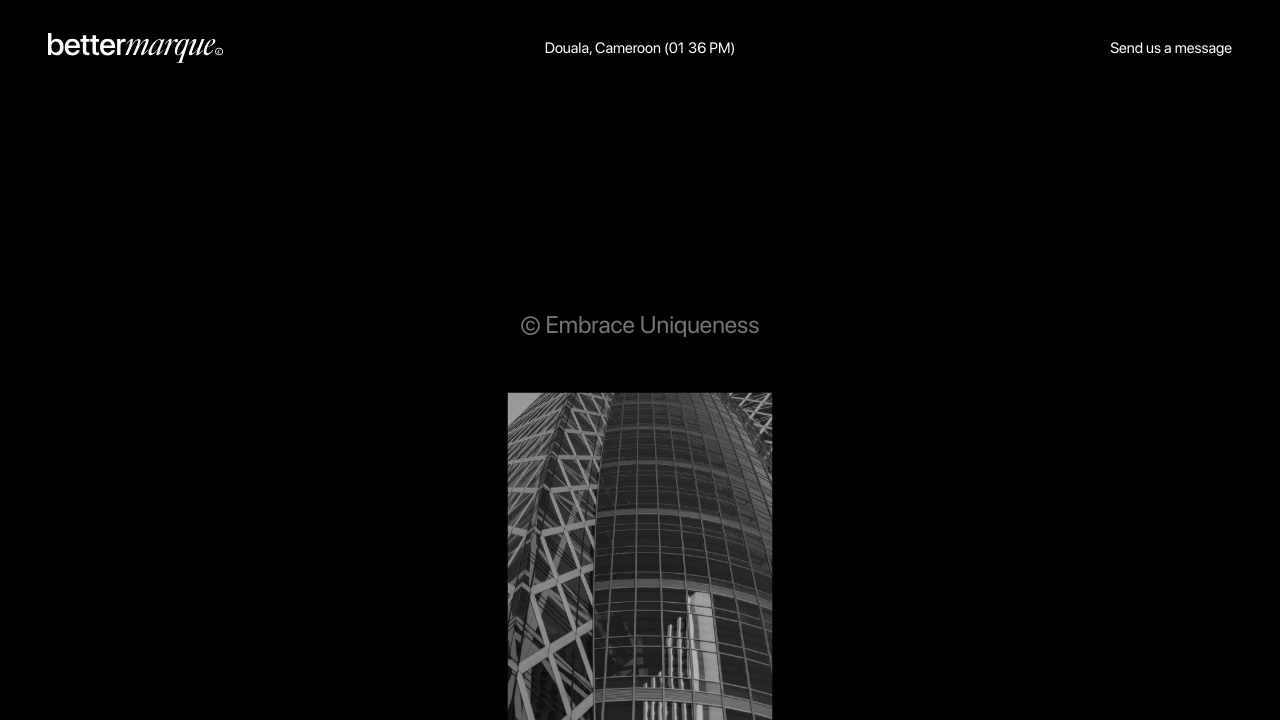
Repository: leswisss/comingsoon
Page: /
The author's editor kept a copy of each file at every save. The page is drawn from the files as they stood at one save, then again after the next save.
The browser window is 1280 px wide. The pictures show the whole page.
The project was rebuilt for these pictures with package versions that can differ from the ones it lists, and the page was loaded fresh each time. The framework's server and built-in components were replaced by stand-ins that run in the browser. Also part of the build but not shown: next.config.mjs.

Above is the page before, as saved 2024-06-18 13:36:14.

### app/layout.tsx
import type { Metadata } from "next";
import localFont from "next/font/local";
import "../styles/globals.scss";

const regular = localFont({
  src: "./SF-Pro-Display-Regular.woff",
  display: "swap",
  variable: "--regular-font",
});

const medium = localFont({
  src: "./SF-Pro-Display-Medium.woff",
  display: "swap",
  variable: "--medium-font",
});

const semibold = localFont({
  src: "./SF-Pro-Display-Semibold.woff",
  display: "swap",
  variable: "--semibold-font",
});

const italic = localFont({
  src: "./BigCaslonFB-Italic.woff",
  display: "swap",
  variable: "--italic-font",
});

export const metadata: Metadata = {
  title: "Better Marque - Branding Agency",
  description: "Generated by create next app",
};

export default function RootLayout({
  children,
}: Readonly<{
  children: React.ReactNode;
}>) {
  return (
    <html lang="en">
      <body
        className={`${italic.variable} ${regular.variable} ${medium.variable} ${semibold.variable}`}
      >
        {children}
      </body>
    </html>
  );
}

### app/page.tsx
import { HomePageWrapper } from "@/components";

export default function Home() {
  return (
    <main>
      <HomePageWrapper/>
    </main>
  );
}

### styles/globals.scss
/*=============== VARIABLES SCSS ===============*/
:root {
  --header-height: 6rem;
  --white: white;
  --black: black;
  --grey: #535353;


  /*========== Font and typography ==========*/
  /*.5rem = 8px | 1rem = 16px ...*/
  // --body-font: 'Montserrat', sans-serif;

  --h1-font-size: 3rem;
  --h2-font-size: 2rem;
  --normal-font-size: 1rem;
  --small-font-size: .94rem;
}

/* Responsive typography */
@media screen and (max-width: 1088px) {
  :root {
    --h1-font-size: 2.75rem;
    --h2-font-size: 1.8rem;
    --normal-font-size: 0.96rem;
    --small-font-size: .90rem;
  }
}

@media screen and (max-width: 628px) {
  :root {
    --h1-font-size: 2.5rem;
    --h2-font-size: 1.5rem;
    --normal-font-size: 0.92rem;
    --small-font-size: 0.85rem;
  }
}

/*=============== BASE ===============*/
* {
  box-sizing: border-box;
  padding: 0;
  margin: 0;
  scrollbar-width: none;

  &::-webkit-scrollbar{
    display: none;
  }

}

html {
  scroll-behavior: auto;
  height: auto;
}

body{
  font-family: var(--regular-font);
  font-size: var(--normal-font-size);
  background-color: black;
  color: var(--white);
}


ul {
  list-style: none;
}

a {
  text-decoration: none;
}

img {
  max-width: 100%;
  height: auto;
}


/*=============== REUSABLE CSS CLASSES ===============*/
.container {
  max-width: 1450px;
  margin: 0 auto;
}

.main {
  overflow: hidden;
}


@media screen and (max-width: 1450px) {
  .container {
    max-width: 100%;
    margin: 0 3rem;
  }
}


@media screen and (max-width: 1088px) {
  .container {
    max-width: 100%;
    margin: 0 2rem;
  }
}


@media screen and (max-width: 628px) {
  .container {
    max-width: 100%;
    margin: 0 1rem;
  }
}

### components/index.tsx
import HomePageWrapper from "./HomePageWrapper";
import HeroSection from "./HeroSection";

export {
  HomePageWrapper,
  HeroSection
}

### components/HomePageWrapper.tsx
"use client";

import React, {useState} from 'react'
import HeroSection from './HeroSection'
import Navigation from './Navigation'

const HomePageWrapper = () => {
  const [imageLoaded, setImageLoaded] = useState(false);
  return (
    <>
    <Navigation imageLoaded={imageLoaded}/>
    <HeroSection imageLoaded={imageLoaded} setImageLoaded={setImageLoaded}/>
    </>
  )
}

export default HomePageWrapper

### components/HeroSection.tsx
"use client";

import React, { useRef } from "react";
import Marquee from "./Marquee";
import gsap from "gsap";
import { useGSAP } from "@gsap/react";
import Image from "next/image";
import IMAGE from "../public/background.jpg";
import styles from "../styles/hero.module.scss";

const HeroSection = ({
  imageLoaded,
  setImageLoaded,
}: {
  imageLoaded: boolean;
  setImageLoaded: React.Dispatch<React.SetStateAction<boolean>>;
}) => {
  const slogan =
    "Inspired by uniqueness, driven by aesthetics and committed to growth through innovative solutions.";
  const refs = useRef<HTMLSpanElement[]>([]);
  const heroRef = useRef(null);
  const marqueeRef = useRef(null);
  const clipRef = useRef(null);

  //Animations
  useGSAP(() => {
    // gsap.defaults({duration: 1, ease: "power3.out"})
    const tl = gsap.timeline();

    tl.to(clipRef.current, {
      clipPath: "polygon(0% 0%, 100% 0%, 100% 100%, 0% 100%)",
      duration: 3,
      ease: "power3.inOut"
    })

    tl.to(heroRef.current, {
      y: "0%",
      duration: 2,
      ease: "expo.inOut",
    })
      .to(
        heroRef.current,
        {
          clipPath: "polygon(0% 0%, 100% 0%, 100% 100%, 0% 100%)",
          duration: 2,
          ease: "expo.inOut",
        },
        ">"
      )
      .to(marqueeRef.current, {
        opacity: 1,
        x: "0%",
        duration: 3,
        ease: "expo.inOut",
      })

      .to(
        refs.current,
        {
          top: "0%",
          stagger: 0.08,
        },
        ">-1"
      );


    if(imageLoaded) {
      tl.play();
    } else{
      tl.pause();
    }
  }, [imageLoaded]);

  const splitwords = () => {
    let body: JSX.Element[] = [];
    slogan.split(" ").forEach((word, i) => {
      const cleanWord = word.replace(/[.,]/g, "");

      if (["uniqueness", "aesthetics", "growth"].includes(cleanWord)) {
        body.push(
          <p
            key={`word-${i}`}
            className={`${styles.word_wrapper} ${styles.italic}`}
          >
            <span
              className={styles.word}
              ref={(el) => {
                if (el) refs.current.push(el);
              }}
            >
              {word}
            </span>
          </p>
        );
      } else {
        body.push(
          <p key={`word-${i}`} className={styles.word_wrapper}>
            <span
              className={styles.word}
              ref={(el) => {
                if (el) refs.current.push(el);
              }}
            >
              {word}
            </span>
          </p>
        );
      }
    });

    return body;
  };

  return (
    <section className={styles.hero}>
      <div className={styles.hero_image} ref={heroRef}>
        <Image
          src={IMAGE}
          fill
          quality={100}
          alt="Better Marque"
          onLoad={() => setImageLoaded(true)}
        />
      </div>
      <div className={styles.text}>{splitwords()}</div>
      <div className={styles.marquee}>
        <div ref={marqueeRef} className={styles.marqueee}>
          <Marquee />
        </div>
      </div>
      <div className={styles.slogan_wrapper}>
        <div className={styles.s_wrap}>
          <span className={styles.black}>© Embrace Uniqueness</span>
        </div>
        <div className={styles.s_wrap} ref={clipRef}>
          <span className={styles.white}>© Embrace Uniqueness</span>
        </div>
      </div>
    </section>
  );
};

export default HeroSection;

### components/Navigation.tsx
"use client";

import React, { useState } from "react";
import HoverAnimation from "./HoverAnimation";
import Clock from "./Clock";
import SideBar from "./SideBar";
import Image from "next/image";
import IMAGE from "../public/wordmark.svg";
import styles from "../styles/navigation.module.scss";

const Navigation = ({imageLoaded}: {imageLoaded: boolean}) => {
  const [activeSideBar, setActiveSideBar] = useState(false);

  return (
    <>
      <nav className={styles.navigation} style={{opacity: imageLoaded ? 1 : 0 , transition: "opacity 1s ease", transitionDelay: "4s"}}>
        <div className={`container ${styles.nav_wrapper}`}>
          <div className={styles.logo_wrapper}>
            <div className={styles.image}>
              <Image
                src={IMAGE}
                quality={100}
                fill
                alt="Better Marque Wordmark"
              />
            </div>
          </div>
          <div className={styles.location_wrapper}>
            <Clock />
          </div>
          <div
            className={styles.button}
            onClick={() => {
              setActiveSideBar((value) => !value);
            }}
          >
            <HoverAnimation text="Send us a message"/>
          </div>
        </div>
      </nav>

      <SideBar
        activeSideBar={activeSideBar}
        setActiveSideBar={setActiveSideBar}
      />
    </>
  );
};

export default Navigation;

### components/Marquee.tsx
"use client";

import React, {useRef} from 'react'
import gsap from 'gsap'
import { useGSAP } from '@gsap/react'
import styles from "../styles/marquee.module.scss"

const Marquee = () => {
  const firstRef = useRef(null);
  const secondRef = useRef(null);
  let xPercent = 0;
  let direction = -1

  useGSAP(() => {
    requestAnimationFrame(animation)
  })

  const animation = () => {
    if (xPercent <= -100){
      xPercent = 0;
    }

    if (xPercent > 0){
      xPercent = -100
    }
    gsap.set(firstRef.current, {xPercent: xPercent})
    gsap.set(secondRef.current, {xPercent: xPercent})
    xPercent += 0.03 * direction;
    requestAnimationFrame(animation)
  }

  return (
    <div className={styles.slider}>
      <div className={styles.coming__wrapper} ref ={firstRef}>
        <p className={styles.soon}>© Coming Soon</p>
        <p className={styles.soon}>© Coming Soon</p>
        <p className={styles.soon}>© Coming Soon</p>
        <p className={styles.soon}>© Coming Soon</p>
        <p className={styles.soon}>© Coming Soon</p>
        <p className={styles.soon}>© Coming Soon</p>
        <p className={styles.soon}>© Coming Soon</p>
        <p className={styles.soon}>© Coming Soon</p>
        <p className={styles.soon}>© Coming Soon</p>
        <p className={styles.soon}>© Coming Soon</p>
      </div>
      <div className={styles.coming__wrapper} ref ={secondRef}>
        <p className={styles.soon}>© Coming Soon</p>
        <p className={styles.soon}>© Coming Soon</p>
        <p className={styles.soon}>© Coming Soon</p>
        <p className={styles.soon}>© Coming Soon</p>
        <p className={styles.soon}>© Coming Soon</p>
        <p className={styles.soon}>© Coming Soon</p>
        <p className={styles.soon}>© Coming Soon</p>
        <p className={styles.soon}>© Coming Soon</p>
        <p className={styles.soon}>© Coming Soon</p>
        <p className={styles.soon}>© Coming Soon</p>
      </div>
    </div>
  )
}

export default Marquee

### styles/hero.module.scss
.hero{
  width: 100vw;
  height: 100vh;
  overflow: hidden;
  position: relative;
}

.hero_image{
  width: 100vw;
  height: 100vh;
  position: relative;
  transform: translateY(100%);
  transform-origin: center center;
  clip-path: polygon(40% 55%, 60% 55%, 60% 100%, 40% 100%);

  img{
    object-fit: cover;
    filter: brightness(0.8);
  }
}

.text{
  position: absolute;
  color: white;
  z-index: 1;
  width: max-content;
  height: max-content;
  top: 50%;
  left: 50%;
  transform: translate(-50%, -50%);
  display: flex;
  flex-wrap: wrap;
  width: 55rem;
  text-align: center;
  justify-content: center;
  align-items: center;

  .word_wrapper{
    font-size: var(--h1-font-size);
    overflow: hidden;
    width: auto;
    height: 56.8px;
    padding: 0 0.3rem;

    &.italic{
      font-family: var(--italic-font);
    }

    .word{
      position: relative;
      top: 100%; // What i will be animating with gsap
    }
  }
}

.marquee{
  position: absolute;
  width: 100%;
  height: max-content;
  bottom: 2.5rem;
  left: 0;
  z-index: 1;
  max-width: 2000px;
  overflow: hidden;

  .marqueee{
    position: relative;
    transform: translateX(100%);
    opacity: 0;
  }
}

.slogan_wrapper{
  position: absolute;
  top: 45%;
  left: 50%;
  transform: translate(-50%, -50%);
  color: white;

  .s_wrap{
    font-size: calc(var(--h2-font-size) - 0.5rem);

    &:nth-last-of-type(1){
      color: rgb(116, 116, 116);
    }

    &:nth-last-of-type(2){
      position: absolute;
      top: 0;
      left: 0;
      clip-path: polygon(0% 100%, 100% 100%, 100% 100%, 0% 100%);
      color: white;
    }
  }

}

### components/HoverAnimation.tsx
import React from 'react'
import styles from "../styles/hover.module.scss"

const HoverAnimation = ({text}: {text: string}) => {
  return (
    <span className={styles.hover}>{text}</span>
  )
}

export default HoverAnimation

### components/Clock.tsx
"use client";

import { useEffect, useState } from "react";
import { format, toZonedTime } from "date-fns-tz";
import styles from "../styles/clock.module.scss";

const Clock = () => {
  const [time, setTime] = useState("");
  const [showColon, setShowColon] = useState(true);

  useEffect(() => {
    const timeZone = "Africa/Abidjan"; //used Abidjan because Douala is 1 hour ahead here and I dont know why

    const updateClock = () => {
      const now = new Date();
      const zonedTime = toZonedTime(now, timeZone);
      const formattedTime = format(zonedTime, "hh:mm a", { timeZone });
      setTime(formattedTime);
    };

    const toggleColon = () => {
      setShowColon((prev) => !prev);
    };

    updateClock();
    const timeIntervalId = setInterval(updateClock, 1000);
    const colonIntervalId = setInterval(toggleColon, 1000);

    return () => {
      clearInterval(timeIntervalId);
      clearInterval(colonIntervalId);
    };
  }, []);

  return (
    <p className={styles.time}>
      Douala, Cameroon ({time.slice(0, 2)}
      <span className={showColon ? "" : styles.blink}>:</span>
      {time.slice(3)})
    </p>
  );
};

export default Clock;

### styles/navigation.module.scss
.navigation{
  width: 100%;
  height: var(--header-height);
  position: fixed;
  top: 0;
  left: 0;
  background-color: transparent;
  z-index: 10;
  font-size: var(--small-font-size);
}

.nav_wrapper{
  height: var(--header-height);
  display: flex;
  justify-content: space-between;
  align-items: center;
  position: relative;

  .logo_wrapper{
    width: 175px;
    aspect-ratio: 200/35.0791;
    overflow: hidden;
    position: relative;

    .image{
      width: 100%;
      height: 100%;
      position: relative;

      img{
        object-fit: cover;
      }
    }

  }

  .location_wrapper{
    position: absolute;
    top: 50%;
    left: 50%;
    transform: translate(-50%, -50%);
  }

  .button{
    cursor: pointer;
  }
}

### styles/marquee.module.scss
.slider{
  position: relative;
  display: flex;
  flex-wrap: nowrap;
}

.coming__wrapper{
  display: flex;
  white-space: nowrap;
  flex-wrap: nowrap;

  .soon{
    margin-right: 5rem;
    font-size: calc(var(--h2-font-size) - 0.6rem);
  }
}

### styles/hover.module.scss
.hover{
  font-size: var(--small-font-size);
  cursor: pointer;
  position: relative;
  width: max-content;
  padding-bottom: 3px;

  &:hover{
    &::after{
      transform: scaleX(1);
      transform-origin: bottom left;
    }
  }

  &::after {
    content: "";
    width: 100%;
    position: absolute;
    height: 1px;
    background-color: #fff;
    transform: scaleX(0);
    transform-origin: bottom right;
    left: 0;
    bottom: 0;
    transition: transform 0.5s cubic-bezier(0.82, 0, 0, 1);
  }
}

### styles/clock.module.scss
/* styles.module.css */
.blink {
  visibility: hidden;
}

.time {
  white-space: nowrap;
}

### animations/index.ts
export const scaleAnimation = {
  initial: { opacity: 0, x: "30%", y: "50%" },

  enter: {
    opacity: 1,
    x: "30%",
    y: "50%",
    transition: { duration: 0.5, ease: [0.7, 0, 0.3, 1] },
  },

  closed: {
    opacity: 0,
    x: "30%",
    y: "50%",
    transition: { duration: 0.5, ease: [0.7, 0, 0.3, 1] },
  },
};

export const opacityAnimation = {
  initial: { opacity: 0 },

  enter: {
    opacity: 1,
    transition: { duration: 1, ease: [0, 0, 1, 1], delay: 1 },
  },

  closed: {
    opacity: 0,
    transition: { duration: 1, ease: [0., 0, 1, 1], delay: 1 },
  },
};

### components/Contacts.tsx
"use client";

import React, { useRef, useState } from "react";
import { motion } from "framer-motion";
import gsap from "gsap";
import { scaleAnimation } from "@/animations";
import { useGSAP } from "@gsap/react";
import TextCopy from "./TextCopy";
import styles from "../styles/contacts.module.scss";

const Contacts = () => {
  const textContent = [
    {
      header: "General Inquiries",
      text: "hello@bettermarque.com",
    },
    {
      header: "Phone",
      text: "00237 654 570 096",
    },
  ];

  const boundaryRef = useRef<HTMLDivElement>(null);
  const [cursor, setCursor] = useState({ active: false, index: -1 });

  //Handling with
  const [copyStatus, setCopyStatus] = useState({ copied: false, index: -1});
  return (
    <div className={styles.content} ref={boundaryRef}>
      {textContent.map((data, i) => (
        <TextCopy
          key={i}
          header={data.header}
          text={data.text}
          setCursor={setCursor}
          index={i}
          cursor={cursor}
          setCopyStatus={setCopyStatus}
          copyStatus={copyStatus}
        />
      ))}
      <Cursor boundary={boundaryRef} cursor={cursor}  copyStatus={copyStatus}/>
    </div>
  );
};

export default Contacts;

const Cursor = ({ boundary, cursor, copyStatus }: { boundary: any; cursor: any; copyStatus: any }) => {
  const cursorRef = useRef<HTMLDivElement>(null);

  useGSAP(() => {
    //Move cursor
    let xMoveCursor = gsap.quickTo(cursorRef.current, "left", {
      duration: 0.2,
      ease: "power3",
    });

    let yMoveCursor = gsap.quickTo(cursorRef.current, "top", {
      duration: 0.2,
      ease: "power3",
    });

    if (boundary.current) {
      boundary.current.addEventListener("mousemove", (e: MouseEvent) => {
        const boundaryRect = boundary.current.getBoundingClientRect();
        const { clientX, clientY } = e;

        const xPosition = clientX - boundaryRect.left;
        const yPosition = clientY - boundaryRect.top;


        xMoveCursor(xPosition);

        yMoveCursor(yPosition);
      });
    }
  }, [boundary]);

  //Const text to show
  const textToShow = copyStatus.copied && copyStatus.index === cursor.index ? "Copied" : !copyStatus.copied && cursor.index === 0 || copyStatus.copied && copyStatus.index !== 0 ? "Copy Email" : !copyStatus.copied && cursor.index === 1 || copyStatus.copied && copyStatus.index !== 1 ? "Copy Number" : "Error"

  return (
    <motion.div
      className={styles.cursor}
      ref={cursorRef}
      variants={scaleAnimation}
      initial="initial"
      animate={cursor.active ? "enter" : "closed"}
    >
      <span>{textToShow}</span>
    </motion.div>
  );
};

### styles/sidebar.module.scss
.sidebar {
  width: 100vw;
  height: 100dvh;
  position: fixed;
  top: 0;
  right: 0;
  z-index: 20;
  overflow: hidden;
  background-color: #080808;
  pointer-events: none;
  clip-path: polygon(100% 0%, 100% 0%, 100% 100%, 100% 100%);
  transition: clip-path 0.5s cubic-bezier(0.82, 0, 0, 1);
}

.sidebar_wrapper{
  width: 100vw;
  height: 100dvh;
  min-width: 100vw;
}

.side__container {
  height: 100dvh;
  padding: 2rem 0 3rem;
  display: flex;
  flex-direction: column;
  justify-content: space-between;
}

.header {
  width: 100%;
  display: flex;
  justify-content: space-between;
  align-items: flex-start;
}

.image {
  width: 50px;
  aspect-ratio: 100/112.7538;
  position: relative;

  img {
    object-fit: cover;
  }
}

.button {
  cursor: pointer;
}

.content {
  height: calc(87vh - 5rem);
  width: 100%;
  display: flex;
  justify-content: space-between;
  align-items: flex-start;

  .left__content,
  .right__content {
    width: 50%;
    height: 100%;
    display: flex;
    flex-direction: column;
    justify-content: space-between;
    align-items: flex-start;
  }

  .left__content {
    .getin {
      font-size: calc(var(--h1-font-size) + 0.5rem);
    }

    .getintext {
      font-size: calc(var(--h2-font-size) + 0.5rem);

      span {
        font-family: var(--italic-font);
      }
    }
  }

  .right__content {
    .right_top {
      position: relative;
    }

    .right_bottom {
      display: flex;
      flex-direction: column;
      gap: 0.7rem;
      position: relative;
      top: -10px;

      .grey {
        color: var(--grey);
        text-transform: uppercase;
        font-size: calc(var(--small-font-size) - 0.1rem);
      }

      .socials {
        display: flex;
        gap: 3rem;

        a {
          color: white;
        }
      }
    }
  }
}

### components/TextCopy.tsx
import React from "react";
import styles from "../styles/textcopy.module.scss";

const TextCopy = ({ header, cursor, text, setCursor, index, copyStatus, setCopyStatus }: { header: string; text: string; setCursor: any; index: number; cursor: any; copyStatus: any; setCopyStatus: any }) => {
  const handleCopy = () => {
    navigator.clipboard.writeText(text)
      .then(() => {
        setCopyStatus({copied: true, index: index});
      })
      .catch((err) => {
        setCopyStatus({copied: false, index: -1});
      });
  };

  return (
    <>
      <div className={styles.text_container} onMouseEnter={() => setCursor({active: true, index: index})} onMouseLeave={() => {setCursor({active: false, index: index})}}>
        <span className={styles.grey}>{header}</span>
        <p className={`${styles.text} ${cursor.index === index || !cursor.active ? "" : styles.not_active}`} onClick={handleCopy}>{text}</p>
      </div>
    </>
  );
};

export default TextCopy;

### styles/contacts.module.scss
.content {
  display: flex;
  flex-direction: column;
  gap: 2rem;
}

.cursor{
  width: 100px;
  height: 20px;
  background-color: rgb(217, 217, 217);
  display: grid;
  place-items: center;
  position: absolute;
  z-index: 2;
  pointer-events: none;

  span{
    font-size: calc(var(--small-font-size) - 0.3rem);
    color: black;
    letter-spacing: 0.05rem;
    text-transform: uppercase;
  }
}

### styles/textcopy.module.scss
.text_container{
  display: flex;
  flex-direction: column;
  gap: 0.3rem;
  position: relative;
}

.grey{
  color: var(--grey);
  text-transform: uppercase;
  font-size: calc(var(--small-font-size) - 0.1rem);
}

.text{
  font-size: var(--h1-font-size);
  cursor: pointer;
  width: max-content;
  transition: color 0.5s ease;

  &.not_active{
    color: var(--grey)
  }
}

Loaded but not shown: components/SideBar.tsx (102 lines, source omitted)

After the next save:
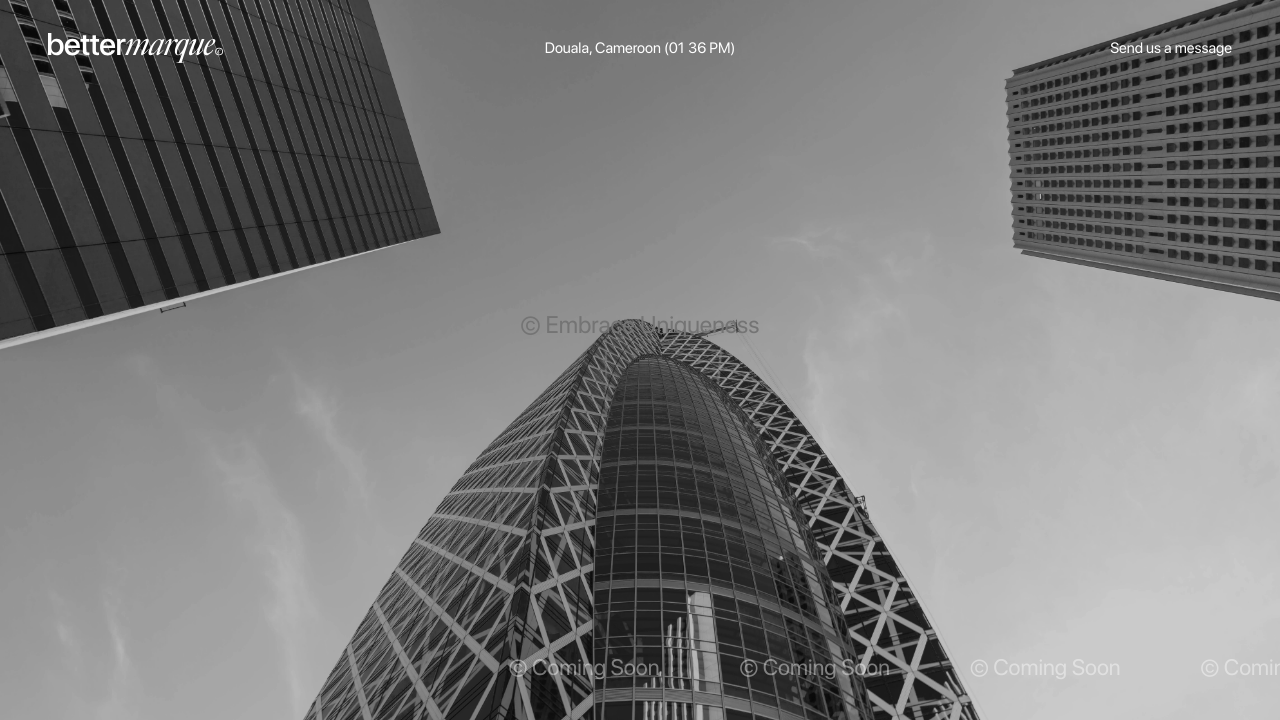
Saved 5 s later.
--- a/components/HeroSection.tsx
+++ b/components/HeroSection.tsx
@@ -27,11 +27,11 @@
     // gsap.defaults({duration: 1, ease: "power3.out"})
     const tl = gsap.timeline();
 
-    tl.to(clipRef.current, {
-      clipPath: "polygon(0% 0%, 100% 0%, 100% 100%, 0% 100%)",
-      duration: 3,
-      ease: "power3.inOut"
-    })
+    // tl.to(clipRef.current, {
+    //   clipPath: "polygon(0% 0%, 100% 0%, 100% 100%, 0% 100%)",
+    //   duration: 3,
+    //   ease: "power3.inOut"
+    // })
 
     tl.to(heroRef.current, {
       y: "0%",
